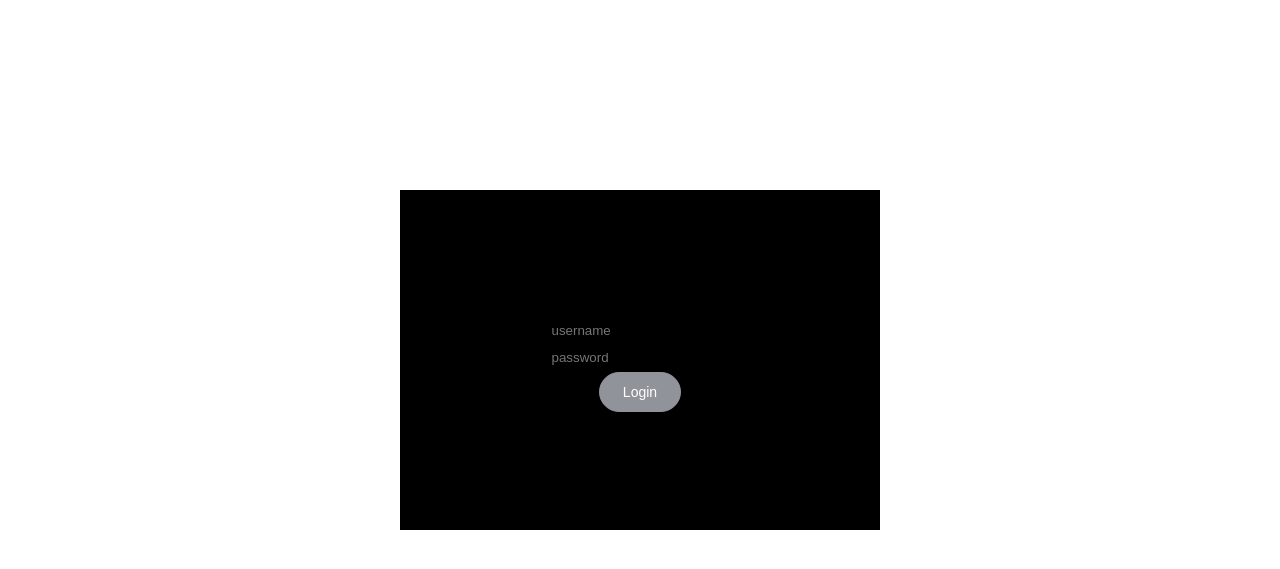
Repository: 951713487/net_shopping
Page: /
These files come from the project's save history. The page is drawn as it stood at one moment and after the next save; the edit follows.
The browser window is 1280 px wide. The pictures show the whole page.
The project was rebuilt for these pictures with package versions that can differ from the ones it lists, and the page was loaded fresh each time.

Above is the page before, as saved 2020-03-17 14:35:45.

After the next save:
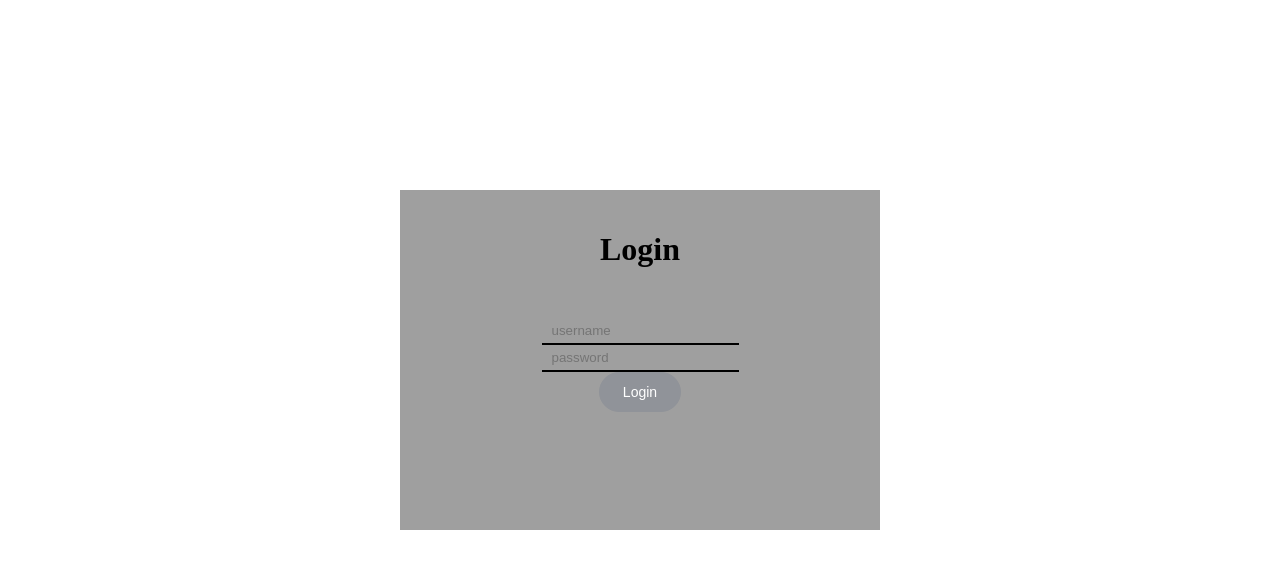
Saved 24 s later.
--- a/src/components/Login.vue
+++ b/src/components/Login.vue
@@ -27,7 +27,7 @@ export default {};
   margin: 0 auto;
   margin-top: 15%;
   text-align: center;
-  background-color: #000000;
+  background-color: #00000060;
   padding: 20px 50px;
 }
 
